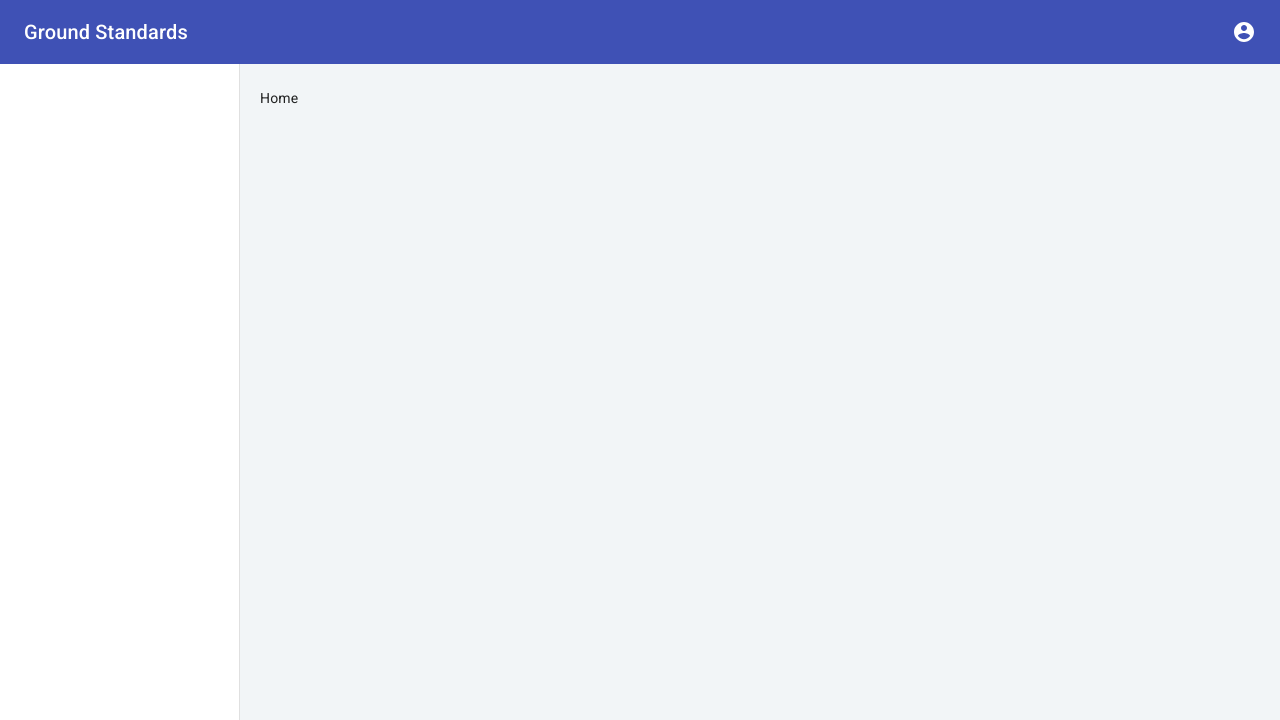
Repository: vinuvish/groundstandards_react
Page: /
An editor plug-in stored every save of this project. The page is shown before and after the next save, followed by the edit.
The browser window is 1280 px wide. The pictures show the whole page.
The page's requests for data from a server got no answer. The project was rebuilt for these pictures with package versions that can differ from the ones it lists, and the page was loaded fresh each time. No one was signed in, and anything a server would have sent is missing. Also part of the build but not shown: src/pages/app/NotFoundPage.tsx, src/pages/app/SignUpPage.tsx, src/pages/app/AboutPage.tsx, src/pages/app/OurSolutionPage.tsx, src/pages/app/OurPartnerPage.tsx, src/pages/app/ResourcePage.tsx, src/pages/app/PressPage.tsx, src/pages/app/BlockPage.tsx and 1 more.

Above is the page before, as saved 2020-11-25 22:15:40.

### public/index.html
<!DOCTYPE html>
<html lang="en">
  <head>
    <meta charset="utf-8" />
    <link rel="icon" href="%PUBLIC_URL%/favicon.png" />
    <meta name="viewport" content="width=device-width, initial-scale=1" />
    <meta name="theme-color" content="#000000" />
    <meta name="description" content="Web site created using create-react-app" />
    <link rel="apple-touch-icon" href="%PUBLIC_URL%/logo192.png" />
    <link rel="stylesheet" href="https://fonts.googleapis.com/css?family=Roboto:300,400,500,700&display=swap" />
    <link rel="stylesheet" href="https://fonts.googleapis.com/icon?family=Material+Icons" />
    <!--
      manifest.json provides metadata used when your web app is installed on a
      user's mobile device or desktop. See https://developers.google.com/web/fundamentals/web-app-manifest/
    -->
    <link rel="manifest" href="%PUBLIC_URL%/manifest.json" />
    <!--
      Notice the use of %PUBLIC_URL% in the tags above.
      It will be replaced with the URL of the `public` folder during the build.
      Only files inside the `public` folder can be referenced from the HTML.

      Unlike "/favicon.ico" or "favicon.ico", "%PUBLIC_URL%/favicon.ico" will
      work correctly both with client-side routing and a non-root public URL.
      Learn how to configure a non-root public URL by running `npm run build`.
    -->
    <title>Ground Standard</title>
  </head>
  <body>
    <noscript>You need to enable JavaScript to run this app.</noscript>
    <div id="root"></div>
    <!--
      This HTML file is a template.
      If you open it directly in the browser, you will see an empty page.

      You can add webfonts, meta tags, or analytics to this file.
      The build step will place the bundled scripts into the <body> tag.

      To begin the development, run `npm start` or `yarn start`.
      To create a production bundle, use `npm run build` or `yarn build`.
    -->
  </body>
</html>

### src/App.tsx
import { CssBaseline, MuiThemeProvider, StylesProvider } from '@material-ui/core';
import { SnackbarProvider } from 'notistack';
import React from 'react';
import { theme } from './app_utils/MuiTheme';
import AppRouterRoutes from './AppRoutes';
import { useAppStore } from './models_stores/appStore';

function App() {
  const streamAuthUser = useAppStore((state) => state.streamAuthUser);
  const streamProducts = useAppStore((state) => state.streamDocuments);
  const streamCategories = useAppStore((state) => state.streamNotifications);
  const streamUsers = useAppStore((state) => state.streamUsers);

  React.useEffect(() => {
    streamAuthUser();
    streamCategories();
    streamUsers();
    streamProducts();
  }, []); // eslint-disable-line

  return (
    <SnackbarProvider maxSnack={3} anchorOrigin={{ vertical: 'bottom', horizontal: 'right' }}>
      <MuiThemeProvider theme={theme}>
        <CssBaseline />
        <StylesProvider injectFirst>
          <AppRouterRoutes></AppRouterRoutes>
        </StylesProvider>
      </MuiThemeProvider>
    </SnackbarProvider>
  );
}

export default App;

### src/app_utils/MuiTheme.tsx
import { createMuiTheme } from '@material-ui/core/styles';
import { BreakpointOverrides } from '@material-ui/core/styles/createBreakpoints';
import { Shadows } from '@material-ui/core/styles/shadows';

declare module '@material-ui/core/styles/createBreakpoints' {
  interface BreakpointOverrides {
    xs: true;
    sm: true;
    md: true;
    lg: true;
    xl: true;
    tablet: true;
    laptop: true;
    desktop: true;
  }
}

export const theme = createMuiTheme({
  breakpoints: {
    values: { xs: 0, sm: 600, md: 960, lg: 1280, xl: 1920, tablet: 400, laptop: 900, desktop: 1200 }
  },

  shadows: Array(25).fill('none') as Shadows,

  props: {
    MuiInput: { disableUnderline: true },
    MuiButton: { disableElevation: true },
    MuiButtonBase: { disableRipple: true },
    MuiPaper: { elevation: 0 },
    MuiCard: { elevation: 0 },
    MuiDivider: { color: 'white' },
    MuiOutlinedInput: {}
  },
  overrides: {
    MuiPaper: {
      root: {
        elevation: 0
      }
    },
    MuiCard: {
      root: {
        elevation: 0
      }
    },
    MuiButton: {
      root: {
        textTransform: 'capitalize'
      }
    }
  },
  palette: {
    background: {
      default: '#F2F5F7'
    }
  }
});

export const breakpoint = {
  xs: `(min-width: 0px)`,
  sm: `(min-width: 576px)`,
  md: `(min-width: 768px)`,
  lg: `(min-width: 992px)`,
  xl: `(min-width: 1200px)`
};

### src/AppRoutes.tsx
import { Container, createStyles, Grid, makeStyles, Theme } from '@material-ui/core';
import React from 'react';
import { Route, Router, Switch } from 'react-router-dom';
import ZAppBar from './components/ZAppBar';
import ZAppBarDrawer from './components/ZAppBarDrawer';
import NotFoundPage from './pages/app/NotFoundPage';
import SignUpPage from './pages/app/SignUpPage';
import history from './app_utils/History';
import AboutPage from './pages/app/AboutPage';
import OurSolutionPage from './pages/app/OurSolutionPage';
import OurPartnerPage from './pages/app/OurPartnerPage';
import ResourcePage from './pages/app/ResourcePage';
import PressPage from './pages/app/PressPage';
import BlockPage from './pages/app/BlockPage';
import ContactPage from './pages/app/ContactPage';
import AppHomePage from './pages/app/AppHomePage';

const AppRouterRoutes = () => {
  const classes = useStyles();

  return (
    <Router history={history}>
      <>
        <ZAppBar />
        <Grid className={classes.grid}>
          <ZAppBarDrawer />
          <Grid className={classes.containerAuthenticated}>
            <Switch>{[AppRoutes]}</Switch>
          </Grid>
        </Grid>

      </>
    </Router>


  );
};


const AppRoutes = [
  <Route exact path='/' component={AppHomePage} />,
  <Route exact path='/aboutUs' component={AboutPage} />,
  <Route exact path='/signUp' component={SignUpPage} />,
  <Route exact path='/ourSolution' component={OurSolutionPage} />,
  <Route exact path='/ourPartner' component={OurPartnerPage} />,
  <Route exact path='/resource' component={ResourcePage} />,
  <Route exact path='/press' component={PressPage} />,
  <Route exact path='/blog' component={BlockPage} />,
  <Route exact path='/contact' component={ContactPage} />,
  <Route component={NotFoundPage} />
];

const useStyles = makeStyles((theme: Theme) =>
  createStyles({
    grid: {
      display: 'flex'
    },
    containerAuthenticated: {
      margin: 'auto',
      marginTop: 68,
      padding: 20,
      width: `calc(100% - 240px)`,
      [theme.breakpoints.down('md')]: {
        width: '100%'
      }
    },
    containerUnauthenticated: {}
  })
);

export default AppRouterRoutes;

### src/models_stores/appStore.ts
import { mountStoreDevtool } from 'simple-zustand-devtools';
import create from 'zustand';
import { fireAuth, fireFirestore } from '../firebase/firebase';
import { AuthUser } from '../models/AuthUserModel';
import { DocumentModel } from '../models/DocumentModel';
import { NotificationModel } from '../models/NotificationModel';

type State = {
  documents: DocumentModel[];
  streamDocuments: () => void;

  notifications: NotificationModel[];
  streamNotifications: () => void;

  users: AuthUser[];
  streamUsers: () => void;

  isInitializing?: boolean;
  authUser: AuthUser | null;
  streamAuthUser: () => void;
};

export const useAppStore = create<State>((set, get) => ({
  /* ------------------------------ NOTE AUTHUSER ----------------------------- */
  isInitializing: true,
  authUser: null,

  streamAuthUser: () => {
    fireAuth.onAuthStateChanged(async (user) => {
      if (user) {
        const query = await fireFirestore.collection('users').doc(user.uid).get();

        const authUser = AuthUser.fromFirestore(query);

        set((state) => {
          return { ...state, authUser: authUser, isInitializing: false };
        });
      } else {
        set((state) => {
          return { ...state, authUser: null, isInitializing: false };
        });
      }
    });
  },

  /* ------------------------------ NOTE Users ----------------------------- */
  users: [],

  streamUsers: () => {
    if (get().users.length === 0)
      fireFirestore.collection('users').onSnapshot((querySnapshot: firebase.firestore.QuerySnapshot<firebase.firestore.DocumentData>) => {
        let users: AuthUser[] = [];
        querySnapshot.docs.forEach((docSnapshot) => {
          const res = AuthUser.fromFirestore(docSnapshot);
          if (res) users.push(res);
        });

        set((state) => {
          return { ...state, users: users };
        });
      });
  },
  /* ------------------------------ NOTE PRODUCTS ----------------------------- */
  documents: [],

  streamDocuments: () => {
    if (get().documents.length === 0)
      fireFirestore
        .collection('documents')
        .limit(200)
        .onSnapshot((querySnapshot: firebase.firestore.QuerySnapshot<firebase.firestore.DocumentData>) => {
          let documents: DocumentModel[] = [];

          querySnapshot.docs.forEach((docSnapshot) => {
            const res = DocumentModel.fromFirestore(docSnapshot);
            if (res) documents.push(res);
          });

          set((state) => {
            return { ...state, documents: documents };
          });
        });
  },

  notifications: [],
  streamNotifications: () => {
    if (get().notifications.length === 0)
      fireFirestore.collection('notifications').onSnapshot((querySnapshot: firebase.firestore.QuerySnapshot<firebase.firestore.DocumentData>) => {
        let notifications: NotificationModel[] = [];

        querySnapshot.docs.forEach((docSnapshot) => {
          const res = NotificationModel.fromFirestore(docSnapshot);
          if (res) notifications.push(res);
        });

        set((state) => {
          return { ...state, notifications: notifications };
        });
      });
  }
}));

if (process.env.NODE_ENV === 'development') {
  mountStoreDevtool('Store', useAppStore);
}

### src/components/ZAppBarDrawer.tsx
import Drawer from '@material-ui/core/Drawer';
import ListItem from '@material-ui/core/ListItem';
import ListItemIcon from '@material-ui/core/ListItemIcon';
import React from 'react';
import Toolbar from '@material-ui/core/Toolbar';
import { BsCreditCard, BsExclude, BsInbox } from 'react-icons/bs';
import { FiUsers } from 'react-icons/fi';
import { IconType } from 'react-icons/lib';
import { IoIosNotificationsOutline } from 'react-icons/io';
import { Link, RouteComponentProps, withRouter } from 'react-router-dom';
import { ListSubheader, Typography } from '@material-ui/core';
import { VscOpenPreview } from 'react-icons/vsc';
import { createStyles, makeStyles, Theme } from '@material-ui/core/styles';
import { useAppStore } from '../models_stores/appStore';
const drawerWidth = 240;

interface Props {
  name?: string;
  house?: string;
}

interface PropsItems {
  to: string;
  selected: boolean;
  icon: IconType;
  title: string;
}

const ZAppBarDrawer: React.FC<RouteComponentProps & Props> = ({ history: h }) => {
  const classes = useStyles();
  const authUser = useAppStore((state) => state.authUser);
  console.log(h.location.pathname);

  const ZLinkItem = (props: PropsItems) => {
    const Icon = props.icon;
    return (
      <ListItem className={classes.listItem} button component={Link} to={props.to} selected={props.selected}>
        <ListItemIcon>
          <Icon className={classes.icons} />
        </ListItemIcon>
        <Typography className={classes.tabText}>{props.title}</Typography>
      </ListItem>
    );
  };

  return (
    <div>
      <Drawer elevation={0} className={classes.drawer} variant='permanent' classes={{ paper: classes.drawerPaper }}>
        <Toolbar />

        <div className={classes.drawerContainer}>
          {authUser && authUser?.isAdmin && (
            <>
              <ListSubheader className={classes.listSubheader}>Review</ListSubheader>

              <ZLinkItem to={'/documents'} selected={h.location.pathname === '/documents' || h.location.pathname === '/'} icon={BsInbox} title={'Documents'} />

              <ListSubheader className={classes.listSubheader}>Management</ListSubheader>
              <ZLinkItem to={'/users'} selected={h.location.pathname === '/users'} icon={FiUsers} title={'Users'} />
              <ZLinkItem to={'/notifications'} selected={h.location.pathname === '/notifications'} icon={IoIosNotificationsOutline} title={'Notifications'} />
              <ZLinkItem to={'/feedback'} selected={h.location.pathname === '/feedback'} icon={VscOpenPreview} title={'Feedback'} />
            </>
          )}
        </div>
      </Drawer>
    </div>
  );
};

const useStyles = makeStyles((theme: Theme) =>
  createStyles({
    drawer: {
      width: drawerWidth,

      flexShrink: 0,
      [theme.breakpoints.down('md')]: {
        display: 'none'
      }
    },
    drawerTemp: {
      flexShrink: 0,
      display: 'none',
      [theme.breakpoints.down('md')]: {
        display: 'flex'
      }
    },
    drawerTempListWidth: {
      width: drawerWidth
    },
    drawerPaper: {
      width: drawerWidth
    },
    drawerContainer: {
      overflow: 'auto'
    },
    content: {
      flexGrow: 1,
      padding: theme.spacing(3)
    },
    listItem: {
      margin: '4px 0px'
    },
    listSubheader: {
      margin: '4px 0px'
    },
    icons: {
      fontSize: 18,
      color: '#546e7a'
    },
    tabText: {
      marginLeft: -18,
      fontFamily: 'Roboto, Helvetica, Arial, sans-serif',
      fontWeight: 500,
      lineHeight: 1.5,
      letterSpacing: '0.00938em',
      color: '#546e7a',
      fontSize: '0.925rem'
    }
  })
);

export default withRouter(ZAppBarDrawer);

### src/app_utils/History.tsx
import { createBrowserHistory } from 'history';
export default createBrowserHistory({});

### src/pages/app/AppHomePage.tsx

import * as React from 'react';
import { makeStyles, Theme } from '@material-ui/core/styles';

interface Props { }

const AppHomePage: React.FC<Props> = () => {
    const classes = useStyles();
    return <div>Home</div>;
};

const useStyles = makeStyles((theme: Theme) => ({
    root: {}
}));

AppHomePage.defaultProps = {};

export default AppHomePage;

### src/firebase/firebase.tsx
import firebase from 'firebase/app';
import 'firebase/firestore';
import 'firebase/auth';
import 'firebase/storage';

const firebaseConfig = {
  apiKey: 'AIzaSyBWf1JYtcld5rEhou2YyANxAtl20AylP80',
  authDomain: 'groundstandards-8a1dd.firebaseapp.com',
  databaseURL: 'https://groundstandards-8a1dd.firebaseio.com',
  projectId: 'groundstandards-8a1dd',
  storageBucket: 'groundstandards-8a1dd.appspot.com',
  messagingSenderId: '137110708999',
  appId: '1:137110708999:web:ab0b42be7878425a805ba2',
  measurementId: 'G-V8H0LZB9DH'
};

if (!firebase.apps.length) firebase.initializeApp(firebaseConfig);

const firestore = firebase.firestore();
const auth = firebase.auth();

export { firebase as fireFirebase, firestore as fireFirestore, auth as fireAuth };

### src/models/AuthUserModel.ts
export class AuthUser implements IAuthUser {
  email: string;
  firstName: string;
  id: string;
  lastName: string;
  isActive: boolean;
  isAdmin: boolean;
  timestampAdded: Date;
  timestampLastLogin: Date;

  constructor(x: IAuthUser) {
    this.email = x.email;
    this.firstName = x.firstName;
    this.id = x.id;
    this.lastName = x.lastName;
    this.isActive = x.isActive;
    this.isAdmin = x.isAdmin;
    this.timestampAdded = x.timestampAdded;
    this.timestampLastLogin = x.timestampLastLogin;
  }

  static fromFirestore(doc: firebase.firestore.DocumentSnapshot<firebase.firestore.DocumentData>): AuthUser | null {
    const data = doc.data();
    if (!data) return null;

    return new AuthUser({
      email: data['email'] ?? '',
      firstName: data['firstName'] ?? '',
      id: doc.id,
      lastName: data['lastName'] ?? '',
      isActive: data['isActive'] ?? true,
      isAdmin: data['isAdmin'] ?? false,
      timestampAdded: data['timestampAdded']?.toDate() ?? new Date(),
      timestampLastLogin: data['timestampLastLogin']?.toDate() ?? new Date()
    });
  }

  getFullName(): string {
    return `${this.firstName} ${this.lastName}`;
  }
}

interface IAuthUser {
  email: string;
  firstName: string;
  id: string;
  lastName: string;
  isActive: boolean;
  isAdmin: boolean;
  timestampAdded: Date;
  timestampLastLogin: Date;
}
export interface IAuthUserRegister {
  email: string;
  firstName: string;
  lastName: string;
  password: string;
  isAdmin: boolean;
}

export interface IAuthUserUpdate {
  id: string;
  firstName: string;
  lastName: string;
  isActive: boolean;
  isAdmin: boolean;
}

### src/models/NotificationModel.ts
export class NotificationModel implements IEventModel {
  body: string;
  title: string;
  linkUrl: string;
  id: string;
  timestampAdded: Date;

  constructor(x: IEventModel) {
    {
      this.id = x.id;
      this.linkUrl = x.linkUrl;
      this.body = x.body;
      this.timestampAdded = x.timestampAdded;
      this.title = x.title;
    }
  }

  static fromFirestore(doc: firebase.firestore.DocumentSnapshot<firebase.firestore.DocumentData>): NotificationModel | null {
    const data = doc.data();
    if (!data) return null;
    return new NotificationModel({
      body: data['body'] ?? '',
      id: doc.id,
      linkUrl: data['linkUrl'] ?? '',
      timestampAdded: data['timestampAdded']?.toDate() ?? Date.now(),
      title: data['title'] ?? ''
    });
  }
}

interface IEventModel {
  body: string;
  title: string;
  linkUrl: string;
  id: string;
  timestampAdded: Date;
}

### src/components/ZAppBarDrawerTemp.tsx
import Divider from '@material-ui/core/Divider';
import Drawer from '@material-ui/core/Drawer';
import List from '@material-ui/core/List';
import ListItem from '@material-ui/core/ListItem';
import ListItemIcon from '@material-ui/core/ListItemIcon';
import ListItemText from '@material-ui/core/ListItemText';
import { createStyles, makeStyles, Theme } from '@material-ui/core/styles';
import SummaryIcon from '@material-ui/icons/BarChart';
import MailIcon from '@material-ui/icons/Mail';
import InboxIcon from '@material-ui/icons/MoveToInbox';
import React from 'react';
import { Link, useHistory } from 'react-router-dom';

const drawerWidth = 240;

interface PropsTemp {
  open: boolean;
  setOpen: (val: boolean) => void;
}

const ZAppBarDrawerTemp: React.FC<PropsTemp> = ({ open, setOpen }) => {
  const classes = useStyles();
  const history = useHistory();



  const toggleDrawer = (open: boolean) => (event: React.KeyboardEvent | React.MouseEvent) => {
    if (event.type === 'keydown' && ((event as React.KeyboardEvent).key === 'Tab' || (event as React.KeyboardEvent).key === 'Shift')) {
      return;
    }
    setOpen(open);
  };

  return (
    <React.Fragment key={'tempDrawer'}>
      <Drawer className={classes.drawerTemp} anchor='left' open={open} onClose={toggleDrawer(false)}>
        <List className={classes.drawerTempListWidth}>
          <ListItem button component={Link} to='/' >
            <img src="http://groundstandards.com/wp-content/uploads/GS-logo-150.png" />
          </ListItem>
        </List>
        <Divider />
        <List>
          <ListItem button component={Link} to='/'>
            <ListItemText className={classes.tabText} primary='home' />
          </ListItem>
          <Divider />
          <ListItem button component={Link} to='/aboutUs'>
            <ListItemText className={classes.tabText} primary='about us' />
          </ListItem>
          <Divider />
          <ListItem button component={Link} to='/signUp'>
            <ListItemText className={classes.tabText} primary='sign up!' />
          </ListItem>
          <Divider />
          <ListItem button component={Link} to='/ourSolution'>
            <ListItemText className={classes.tabText} primary='our solution' />
          </ListItem>
          <Divider />
          <ListItem button component={Link} to='/ourPartner'>
            <ListItemText className={classes.tabText} primary='our partners' />
          </ListItem>
          <Divider />
          <ListItem button component={Link} to='/resource'>
            <ListItemText className={classes.tabText} primary='resources' />
          </ListItem>
          <Divider />
          <ListItem button component={Link} to='/press'>
            <ListItemText className={classes.tabText} primary='press' />
          </ListItem>
          <Divider />
          <ListItem button component={Link} to='/blog'>
            <ListItemText className={classes.tabText} primary='blog' />
          </ListItem>
          <Divider />
          <ListItem button component={Link} to='/contact'>
            <ListItemText className={classes.tabText} primary='contact' />
          </ListItem>
          <Divider />
        </List>
      </Drawer>
    </React.Fragment>
  );
};

const useStyles = makeStyles((theme: Theme) =>
  createStyles({
    drawer: {
      width: drawerWidth,
      flexShrink: 0,
      [theme.breakpoints.down('md')]: {
        display: 'none'
      }
    },
    drawerTemp: {
      flexShrink: 0,
      display: 'none',
      [theme.breakpoints.down('md')]: {
        display: 'flex'
      }
    },
    drawerTempListWidth: {
      width: drawerWidth
    },
    drawerPaper: {
      width: drawerWidth
    },
    drawerContainer: {
      overflow: 'auto'
    },
    content: {
      flexGrow: 1,
      padding: theme.spacing(3)
    },
    icons: {
      fontSize: 22
    },
    tabText: {
      marginLeft: 10,
      fontFamily: 'Roboto, Helvetica, Arial, sans-serif',
      fontWeight: 400,
      lineHeight: 1.5,
      letterSpacing: '0.00938em',
      textTransform: `capitalize`,
    }
  })
);

export default ZAppBarDrawerTemp;

Loaded but not shown: src/index.tsx (common file); src/styles/index.css (common file); src/components/ZAppBar.tsx (182 lines, source omitted); src/models/DocumentModel.ts (144 lines, source omitted)

After the next save:
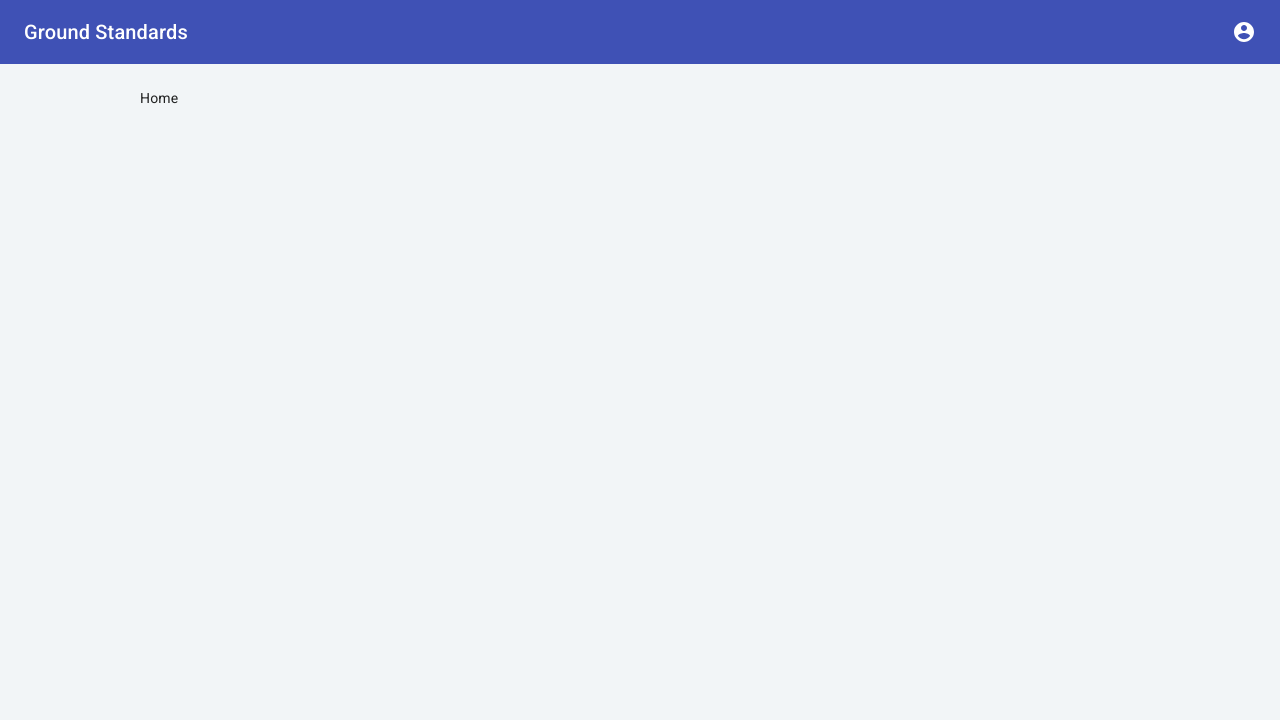
Saved 4 min 21 s later.
--- a/src/AppRoutes.tsx
+++ b/src/AppRoutes.tsx
@@ -23,7 +23,7 @@ const AppRouterRoutes = () => {
       <>
         <ZAppBar />
         <Grid className={classes.grid}>
-          <ZAppBarDrawer />
+          {/* <ZAppBarDrawer /> */}
           <Grid className={classes.containerAuthenticated}>
             <Switch>{[AppRoutes]}</Switch>
           </Grid>
